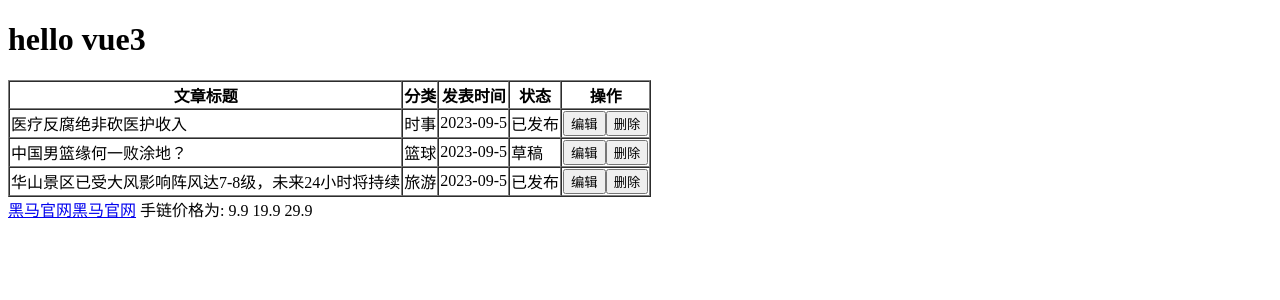
Repository: Viana05/MRGIS_front
Page: vue_learn.html
The author's editor kept a copy of each file at every save. The page is drawn from the files as they stood at one save, then again after the next save.
The browser window is 1280 px wide. The pictures show the whole page.

Above is the page before, as saved 2025-03-10 21:35:58.

After the next save:
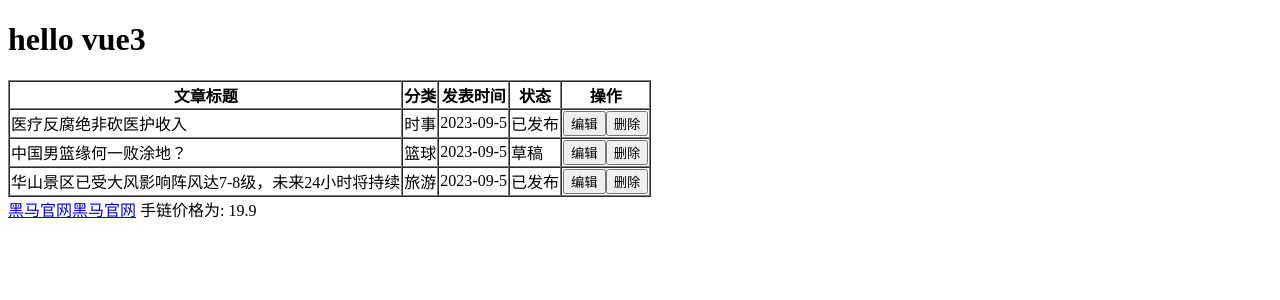
Saved 3 min 40 s later.
--- a/vue_learn.html
+++ b/vue_learn.html
@@ -34,7 +34,9 @@
       <a v-bind:href="url">黑马官网</a>
       <a :href="url">黑马官网</a>
       <!-- v-if -->
-      手链价格为:  <span>9.9</span>  <span>19.9</span> <span>29.9</span>
+      手链价格为:  <span v-if="customer.level>=0 &&customer.level<=1">9.9</span>
+      <span v-else-if="customer.level>=2 &&customer.level<=4">19.9</span>
+      <span  v-else>29.9</span>
       <!-- v-show -->
     </div>
 
@@ -71,6 +73,11 @@
             ],
             // v-bind 绑定数据
             url:"https://www.itheima.com",
+            // v-if
+            customer:{
+              name:'zhangsan',
+              level:2
+            }
           };
         },
       }).mount("#app");
